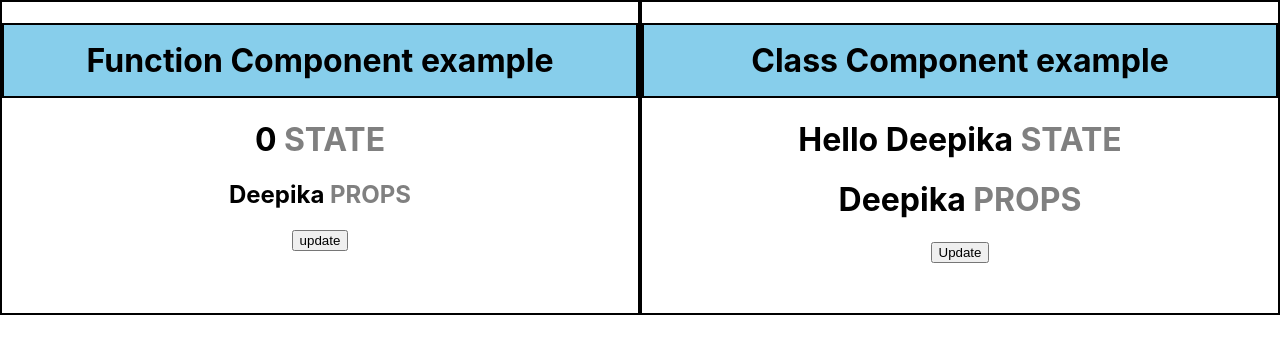
Repository: DeepikaSuretek/React
Page: / (app in practice-app/)
These files come from the project's save history. The page is drawn as it stood at one moment and after the next save; the edit follows.
The browser window is 1280 px wide. The pictures show the whole page.
The project was rebuilt for these pictures with package versions that can differ from the ones it lists, and the page was loaded fresh each time.

Above is the page before, as saved 2024-07-08 20:04:57.

After the next save:
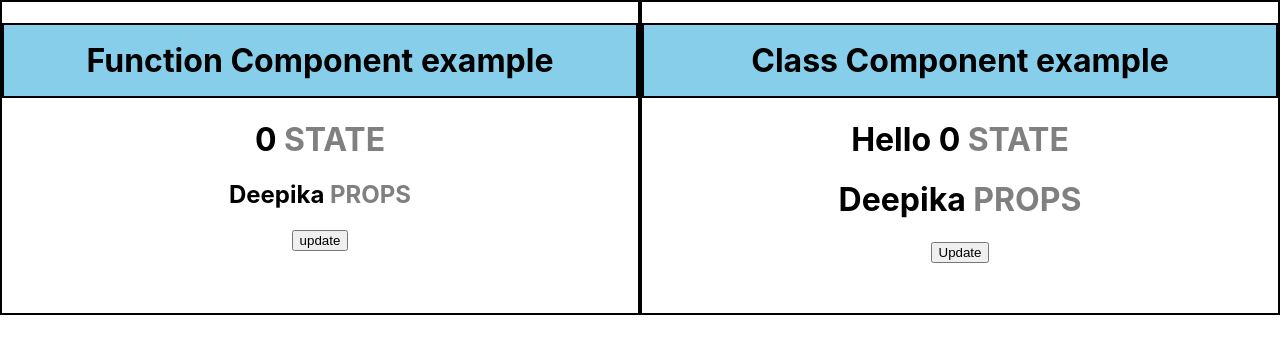
Saved 32 s later.
--- a/practice-app/src/class-component/class.js
+++ b/practice-app/src/class-component/class.js
@@ -4,12 +4,12 @@ class User extends Component{
     constructor(){
         super();
         this.state = {
-            data:'Deepika'
+            data:0
         }
     }
 
     changeData(){
-        this.setState({data:"changes"});
+        this.setState({data: this.state.data+1});
     }
     render(){
         return(
